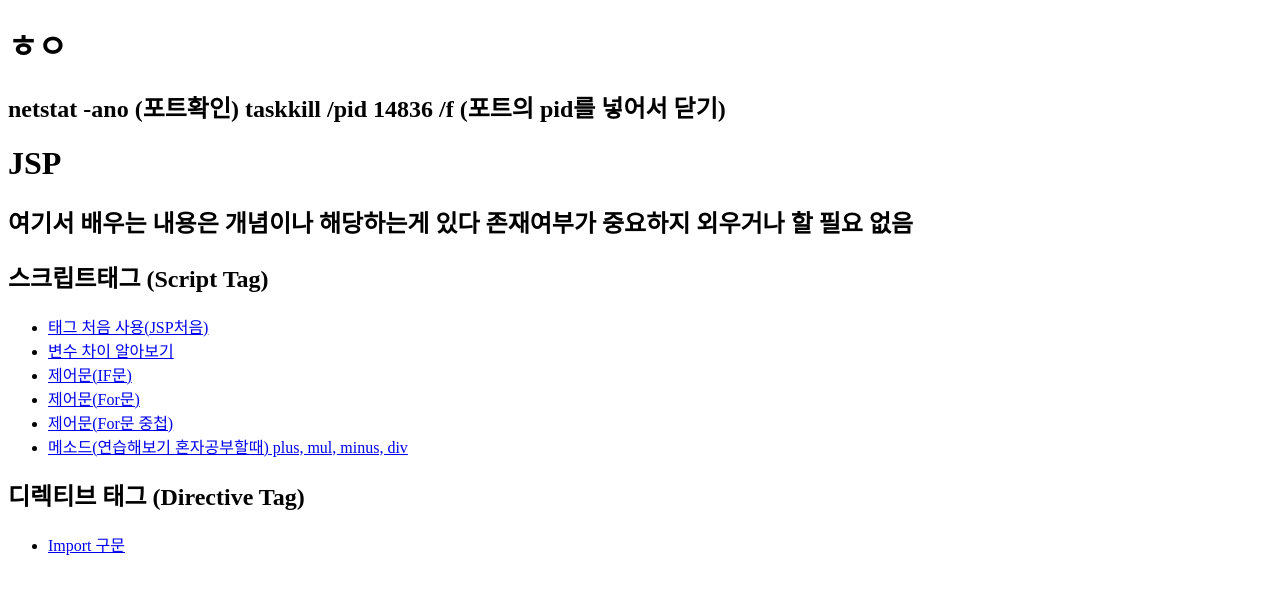
Repository: Kimgigon123123/JspServlet
Page: WorkSpace/03.Tag/src/main/webapp/index.html
These files come from the project's save history. The page is drawn as it stood at one moment and after the next save; the edit follows.
The browser window is 1280 px wide. The pictures show the whole page.

Above is the page before, as saved 2023-05-19 02:43:18.

### WorkSpace/03.Tag/src/main/webapp/index.html
<!DOCTYPE html>
<html>
<head>
<meta charset="UTF-8">
<title>Insert title here</title>
</head>
<body>
	 <h1>ㅎㅇ</h1>
	 <h2>netstat -ano (포트확인)
	taskkill /pid 14836 /f (포트의 pid를 넣어서 닫기)</h2>

	 <h1> JSP </h1>
	 <h2> 여기서 배우는 내용은 개념이나 해당하는게 있다 존재여부가 중요하지 외우거나 할 필요 없음</h2>
	 <h2> 스크립트태그 (Script Tag)</h2>

	 <ul>
	 	<li><a href="01.Script/Ex00into.jsp">태그 처음 사용(JSP처음)</a></li>
	 	<li><a href="01.Script/Ex01Var.jsp">변수 차이 알아보기</a></li>
	 	<li><a href="01.Script/Ex02If.jsp">제어문(IF문)</a></li>
	 	<li><a href="01.Script/Ex03For.jsp">제어문(For문)</a></li>
	 	<li><a href="01.Script/Ex04For.jsp">제어문(For문 중첩)</a></li>
	 	<li><a href="01.Script/Ex05Method.jsp">메소드(연습해보기 혼자공부할때)
	 	plus, mul, minus, div </a></li>
	 </ul>


	 <h2> 디렉티브 태그 (Directive Tag)</h2>
	 <ul>
	 	<li><a href="02.Directive/Ex01_Directive.jsp">Import 구문</a>
	 </ul>

</body>
</html>

After the next save:
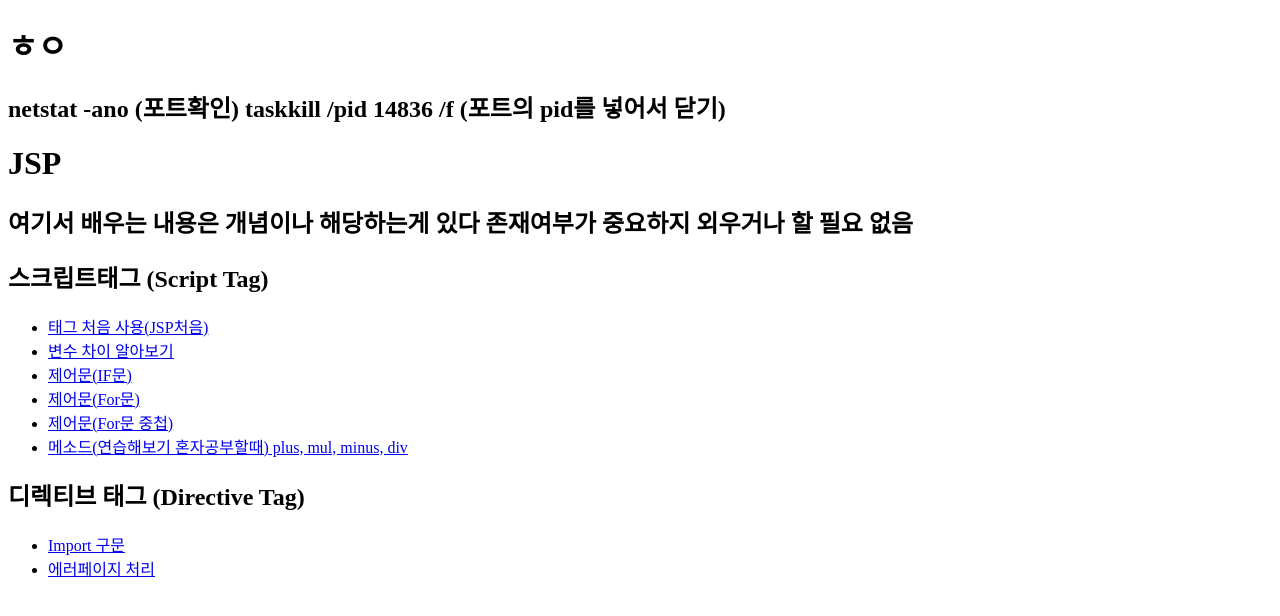
Saved 3 min 1 s later.
--- a/WorkSpace/03.Tag/src/main/webapp/index.html
+++ b/WorkSpace/03.Tag/src/main/webapp/index.html
@@ -26,7 +26,8 @@
 
 	 <h2> 디렉티브 태그 (Directive Tag)</h2>
 	 <ul>
-	 	<li><a href="02.Directive/Ex01_Directive.jsp">Import 구문</a>
+	 	<li><a href="02.Directive/Ex01_Directive.jsp">Import 구문</a></li>
+	 	<li><a href="02.Directive/Ex02_ErrorMain.jsp">에러페이지 처리</a></li>
 	 </ul>
 
 </body>
